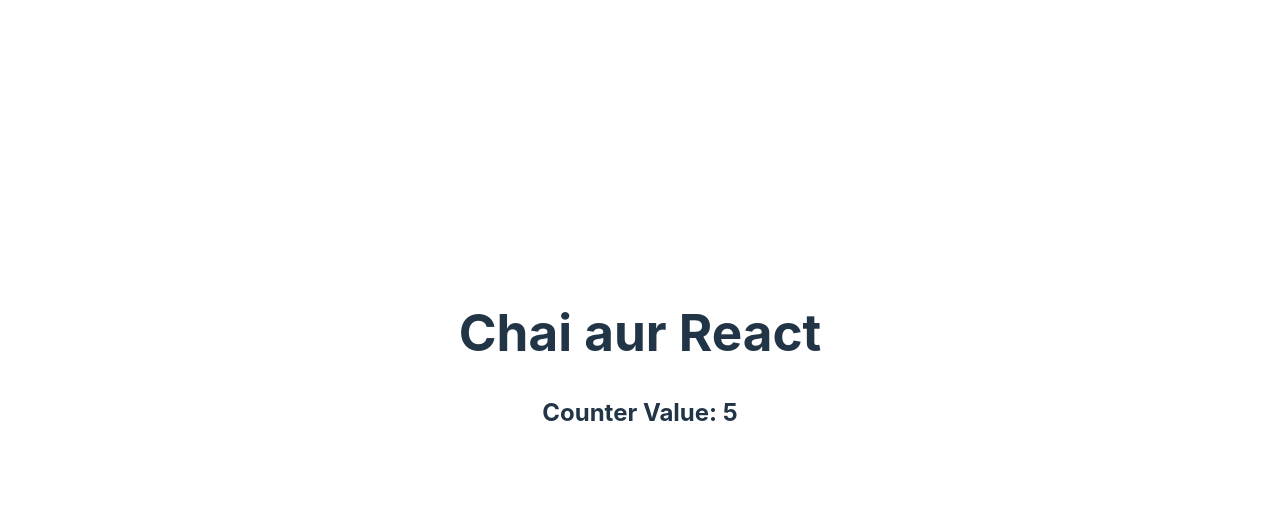
Repository: sohaibhabib-se/chai-aur-react
Page: / (app in 02counter/)
These files come from the project's save history. The page is drawn as it stood at one moment and after the next save; the edit follows.
The browser window is 1280 px wide. The pictures show the whole page.
The project was rebuilt for these pictures with package versions that can differ from the ones it lists, and the page was loaded fresh each time. Also part of the build but not shown: 02counter/vite.config.js.

Above is the page before, as saved 2023-12-27 16:43:36.

After the next save:
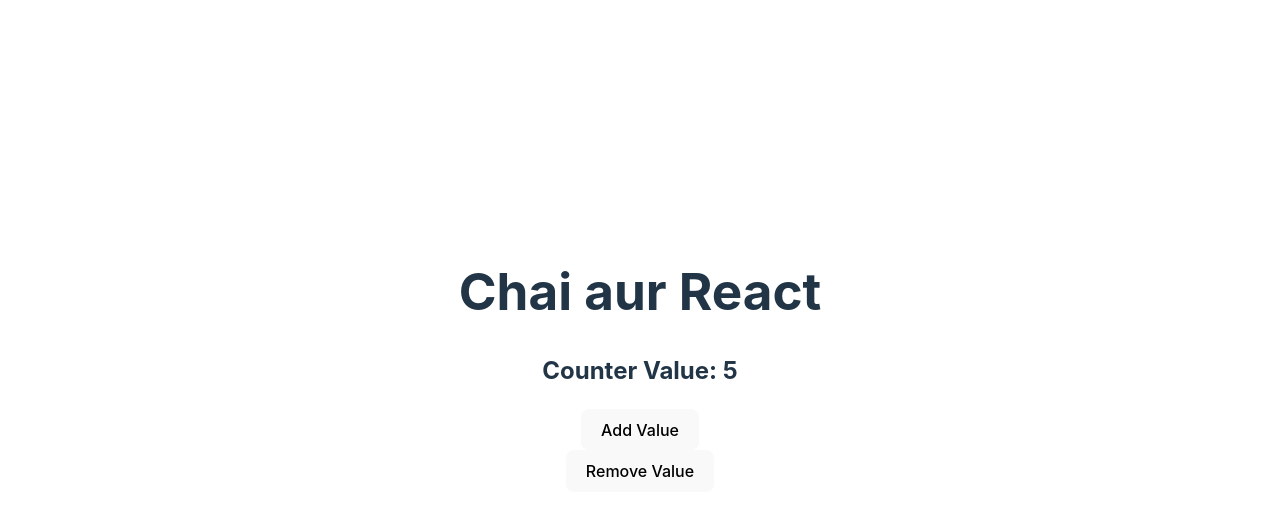
Saved 52 s later.
--- a/02counter/src/App.jsx
+++ b/02counter/src/App.jsx
@@ -7,6 +7,10 @@
     <>
      <h1>Chai aur React</h1>
      <h2>Counter Value: 5</h2>
+
+     <button>Add Value</button>
+     <br />
+     <button>Remove Value</button>
     </>
   )
 }
